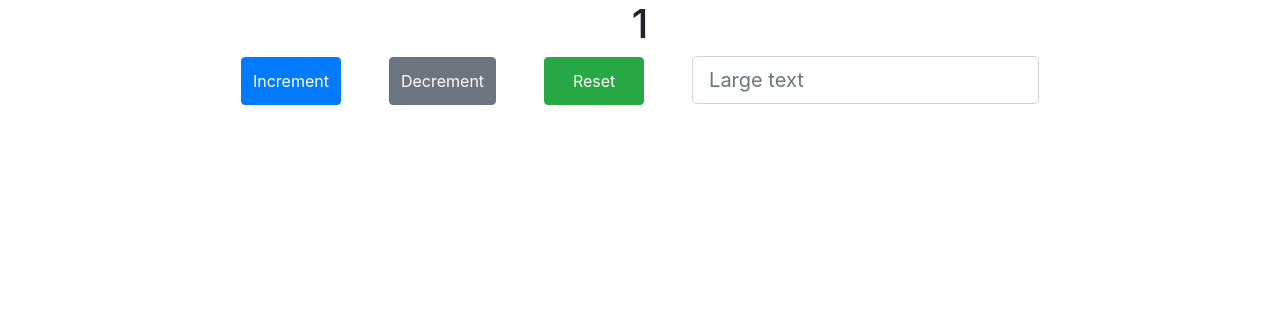
Repository: tts2610/redux-counter
Page: /
The author's editor kept a copy of each file at every save. The page is drawn from the files as they stood at one save, then again after the next save.
The browser window is 1280 px wide. The pictures show the whole page.
The project was rebuilt for these pictures with package versions that can differ from the ones it lists, and the page was loaded fresh each time.

Above is the page before, as saved 2020-06-09 15:28:59.

After the next save:
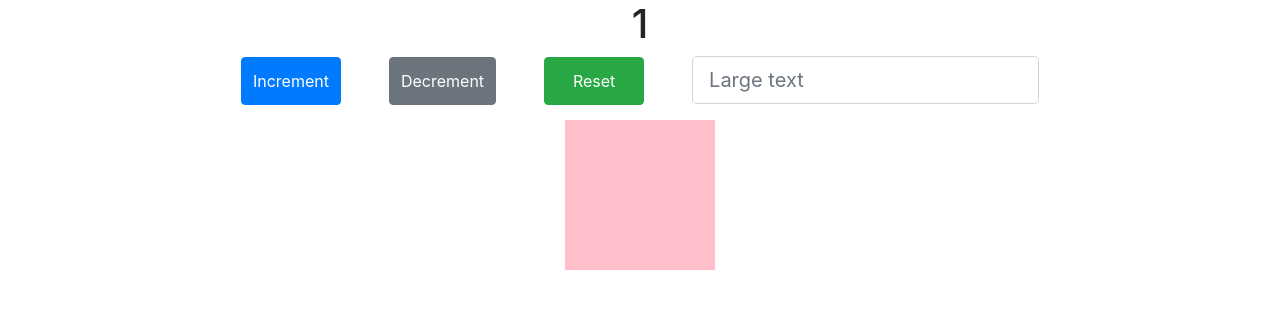
Saved 11 s later.
--- a/src/index.js
+++ b/src/index.js
@@ -8,7 +8,7 @@ import { Provider } from "react-redux";
 
 const initialState = {
   count: 1,
-  color: "",
+  color: "pink",
 };
 
 function countReducer(state = initialState, action) {
